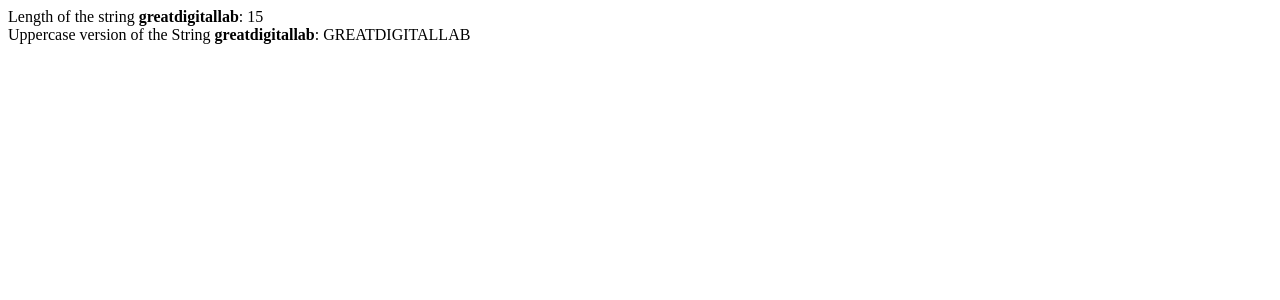
Repository: mangeshgayakwad2020/jsp_servlet
Page: http://localhost/JSPTagDemo/function-test.jsp
An editor plug-in stored every save of this project. The page is shown before and after the next save, followed by the edit.
The browser window is 1280 px wide. The pictures show the whole page.
The page is served by Tomcat 9.

Above is the page before, as saved 2019-08-21 01:31:33.

After the next save:
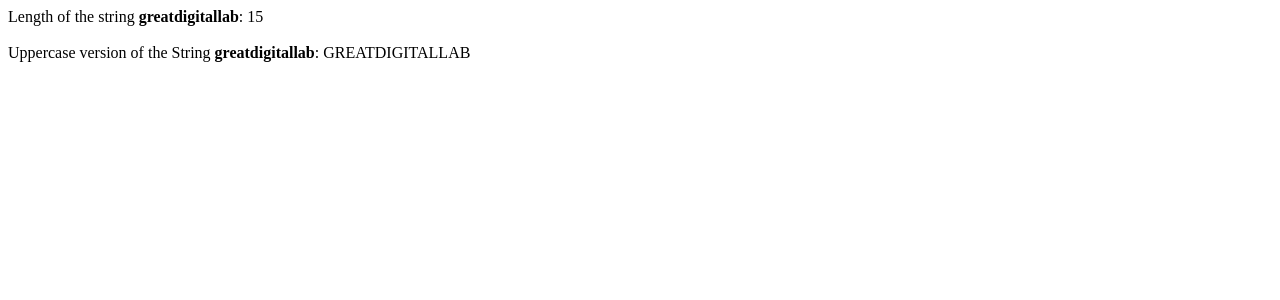
Saved 68 s later.
--- a/JSPTagDemo/WebContent/function-test.jsp
+++ b/JSPTagDemo/WebContent/function-test.jsp
@@ -6,9 +6,14 @@
 <c:set var="data" value="greatdigitallab" />
 Length of the string <b>${data}</b>: ${fn:length(data)}
 
-<br>
+<br><br>
 
 Uppercase version of the String <b>${data}</b>: ${fn:toUpperCase(data)}
+
+<br><br>
+
+
+
 </body>
 
 </html>
